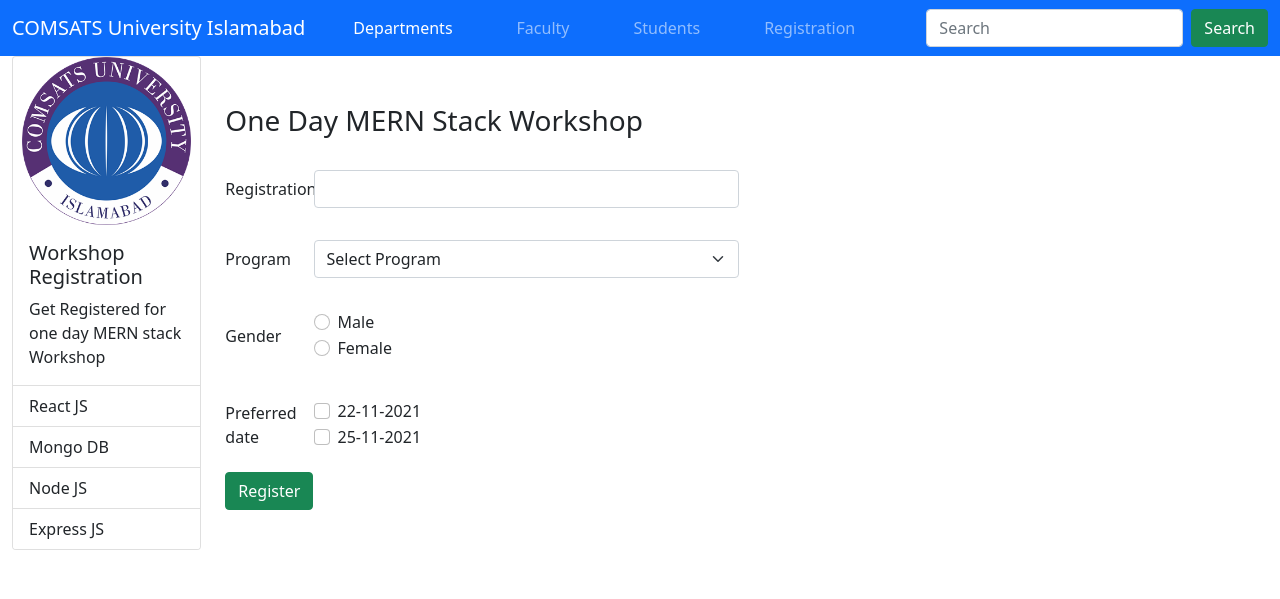
Repository: SaudCh/Web-Mid-Exams
Page: /register
These files come from the project's save history. The page is drawn as it stood at one moment and after the next save; the edit follows.
The browser window is 1280 px wide. The pictures show the whole page.
The project was rebuilt for these pictures with package versions that can differ from the ones it lists, and the page was loaded fresh each time. Also part of the build but not shown: src/Invalid/invalid.jsx, src/Students/student.jsx.

Above is the page before, as saved 2021-11-27 09:34:54.

### src/App.js
import React from "react";
import {
  BrowserRouter as Router,
  Switch,
  Route,
  Redirect,
} from "react-router-dom";
import "../node_modules/bootstrap/dist/css/bootstrap.min.css";
import "../node_modules/bootstrap/dist/js/bootstrap.bundle.min";
import Header from "./Shared/Header";
import SideBar from "./Shared/SideBar";
import Register from "./Register/register";
import Invalid from "./Invalid/invalid";
import Student from "./Students/student";

export default function App() {
  return (
    <Router>
      <Header />
      <div className="container-fluid">
        <div className="row">
          <div className="col-12 col-md-2">
            <SideBar />
          </div>
          <div className="col-12 col-md-10">
            <Switch>
              <Route path="/" exact>
                <div></div>
              </Route>
              <Route path="/register/" exact>
                <Register />
              </Route>
              <Route path="/invalid/" exact>
                <Invalid />
              </Route>
              <Route path="/list/:register/:program/:gender/:date" exact>
                <Student />
              </Route>
              <Redirect to="/invalid/" />
            </Switch>
          </div>
        </div>
      </div>
    </Router>
  );
}

### src/Shared/Header.jsx
import React from "react";
import "./Header.css";
import { Link } from "react-router-dom";
export default function Header() {
  return (
    <nav class="navbar navbar-expand-lg navbar-dark bg-primary">
      <div class="container-fluid">
        <Link to="/" class="navbar-brand logo" href="#">
          COMSATS University Islamabad
        </Link>
        <button
          class="navbar-toggler"
          type="button"
          data-bs-toggle="collapse"
          data-bs-target="#navbarSupportedContent"
          aria-controls="navbarSupportedContent"
          aria-expanded="false"
          aria-label="Toggle navigation"
        >
          <span class="navbar-toggler-icon"></span>
        </button>
        <div class="collapse navbar-collapse" id="navbarSupportedContent">
          <ul class="navbar-nav me-auto mb-2 mb-lg-0">
            <li class="nav-item mx-md-4">
              <Link to="/" class="nav-link active" aria-current="page" href="#">
                Departments
              </Link>
            </li>
            <li class="nav-item mx-md-4">
              <Link to="/" class="nav-link" href="#">
                Faculty
              </Link>
            </li>

            <li class="nav-item mx-md-4">
              <Link
                to="/list/sp19-bcs-078/BCS/Male/22-11-201"
                class="nav-link"
                href="#"
                tabindex="-1"
                aria-disabled="true"
              >
                Students
              </Link>
            </li>
            <li class="nav-item mx-md-4">
              <Link
                to="/register/"
                class="nav-link"
                href="#"
                tabindex="-1"
                aria-disabled="true"
              >
                Registration
              </Link>
            </li>
          </ul>
          <form class="d-flex">
            <input
              class="form-control me-2"
              type="search"
              placeholder="Search"
              aria-label="Search"
            />
            <button
              class="btn btn-outline-success btn-success text-white"
              type="submit"
            >
              Search
            </button>
          </form>
        </div>
      </div>
    </nav>
  );
}

### src/Shared/SideBar.jsx
import React from "react";

export default function SideBar() {
  return (
    <div class="card">
      <img
        src={process.env.PUBLIC_URL + "/comsats-logo.png"}
        class="card-img-top"
        style={{ width: "90%", alignSelf: "center" }}
        alt="..."
      />
      <div class="card-body">
        <h5 class="card-title">Workshop Registration</h5>
        <p class="card-text">Get Registered for one day MERN stack Workshop</p>
      </div>
      <ul class="list-group list-group-flush">
        <li class="list-group-item">React JS</li>
        <li class="list-group-item">Mongo DB</li>
        <li class="list-group-item">Node JS</li>
        <li class="list-group-item">Express JS</li>
      </ul>
    </div>
  );
}

### src/Register/register.jsx
import React, { useRef, useState } from "react";
import { Link, useHistory } from "react-router-dom";
import { Formik, Form, Field } from "formik";
import * as Yup from "yup";

export default function Register() {
  let history = useHistory();
  // const handleSubmit = (e) => {
  //   e.preventDefault();

  //   history.push(
  //     `/list/${Registration.current.value}/${Program.current.value}/male/22-11-2021`
  //   );
  // };

  const SignupSchema = Yup.object().shape({
    registration: Yup.string().required("Registration Required"),
    program: Yup.string().required("Program Required"),
    gender: Yup.string().required("Gender Required"),
    date: Yup.array().min(1, "Date Required").max(1, "Max 1 Date"),
  });

  return (
    <div className="my-5">
      <h3>One Day MERN Stack Workshop</h3>
      <Formik
        initialValues={{
          registration: "",
          program: "",
          gender: "",
          date: [],
        }}
        validationSchema={SignupSchema}
        onSubmit={(values, { setSubmitting }) => {
          setTimeout(() => {
            console.log(values);

            history.push(
              `/list/${values.registration}/${values.program}/${values.gender}/${values.date}`
            );
          }, 2000);
        }}
        validate={(values) => {
          let error = {};

          // if (!values.registration) {
          //   error.registration = "Registration Number Required";
          // }

          if (values.program === "0") {
            error.program = "Program Required";
          }

          // if (!values.gender) {
          //   error.gender = "Gender Required";
          // }

          // if (!values.date) {
          //   error.date = "Date Required";
          // }

          return error;
        }}
      >
        {({
          handleSubmit,
          handleChange,
          values,
          errors,
          handleBlur,
          isSubmitting,
        }) => (
          <Form onSubmit={handleSubmit}>
            {/*********Registration********** */}
            <div class="row g-3 align-items-center my-3">
              <div class="col-1">
                <label for="registration" class="col-form-label">
                  Registration
                </label>
              </div>
              <div class="col-5">
                <Field
                  onChange={handleChange}
                  type="text"
                  id="registration"
                  class="form-control"
                  name="registration"
                  value={values.registration}
                  onBlur={handleBlur}
                />
              </div>

              {errors.registration && (
                <div class="alert alert-danger col-7" role="alert">
                  {errors.registration}
                </div>
              )}
            </div>
            {/*********Program****** */}
            <div class="row g-3 align-items-center my-3">
              <div class="col-1">
                <label for="program" class="col-form-label">
                  Program
                </label>
              </div>
              <div class="col-5">
                <Field
                  name="program"
                  as="select"
                  id="program"
                  class="form-select"
                  onChange={handleChange}
                  onBlur={handleBlur}
                >
                  <option value="0">Select Program</option>
                  <option value="BsCS">BsCS</option>
                  <option value="BsCE">BsSE</option>
                </Field>
              </div>
              {errors.program && (
                <div class="alert alert-danger col-7" role="alert">
                  {errors.program}
                </div>
              )}
            </div>
            {/*********Gender****** */}
            <div class="row g-3 align-items-center my-3">
              <div class="col-1">
                <label for="gender" class="col-form-label">
                  Gender
                </label>
              </div>
              <div class="col-5">
                <div class="form-check">
                  <Field
                    class="form-check-input"
                    type="radio"
                    name="gender"
                    value="male"
                    id="gender"
                  />
                  <label class="form-check-label" for="flexRadioDefault1">
                    Male
                  </label>
                </div>
                <div class="form-check">
                  <Field
                    class="form-check-input"
                    type="radio"
                    name="gender"
                    value="female"
                    id="gender"
                  />
                  <label class="form-check-label" for="flexRadioDefault2">
                    Female
                  </label>
                </div>
              </div>
              {errors.gender && (
                <div class="alert alert-danger col-7" role="alert">
                  {errors.gender}
                </div>
              )}
            </div>
            {/*********Date****** */}
            <div class="row g-3 align-items-center my-3">
              <div class="col-1 ">
                <label for="date" class="col-form-label">
                  Preferred date
                </label>
              </div>
              <div class="col-5">
                <div class="form-check">
                  <Field
                    class="form-check-input"
                    type="checkbox"
                    value="22-11-2021"
                    id="flexCheckDefault"
                    name="date"
                  />
                  <label class="form-check-label" for="flexCheckDefault">
                    22-11-2021
                  </label>
                </div>
                <div class="form-check">
                  <Field
                    class="form-check-input"
                    type="checkbox"
                    value="25-11-2021"
                    id="flexCheckChecked"
                    name="date"
                  />
                  <label class="form-check-label" for="flexCheckChecked">
                    25-11-2021
                  </label>
                </div>
              </div>
              {errors.date && (
                <div class="alert alert-danger col-7" role="alert">
                  {errors.date}
                </div>
              )}
            </div>
            {/*********Button********* */}
            <div>
              <button
                disabled={isSubmitting}
                type="submit"
                className="btn btn-success"
              >
                Register
              </button>
            </div>
          </Form>
        )}
      </Formik>
    </div>
  );
}

### src/Shared/Header.css
@media screen and (max-width: 375px) {
  .logo {
    font-size: 1rem;
  }
}

Loaded but not shown: public/index.html (common file); src/index.js (common file); src/index.css (common file); src/reportWebVitals.js (common file)

After the next save:
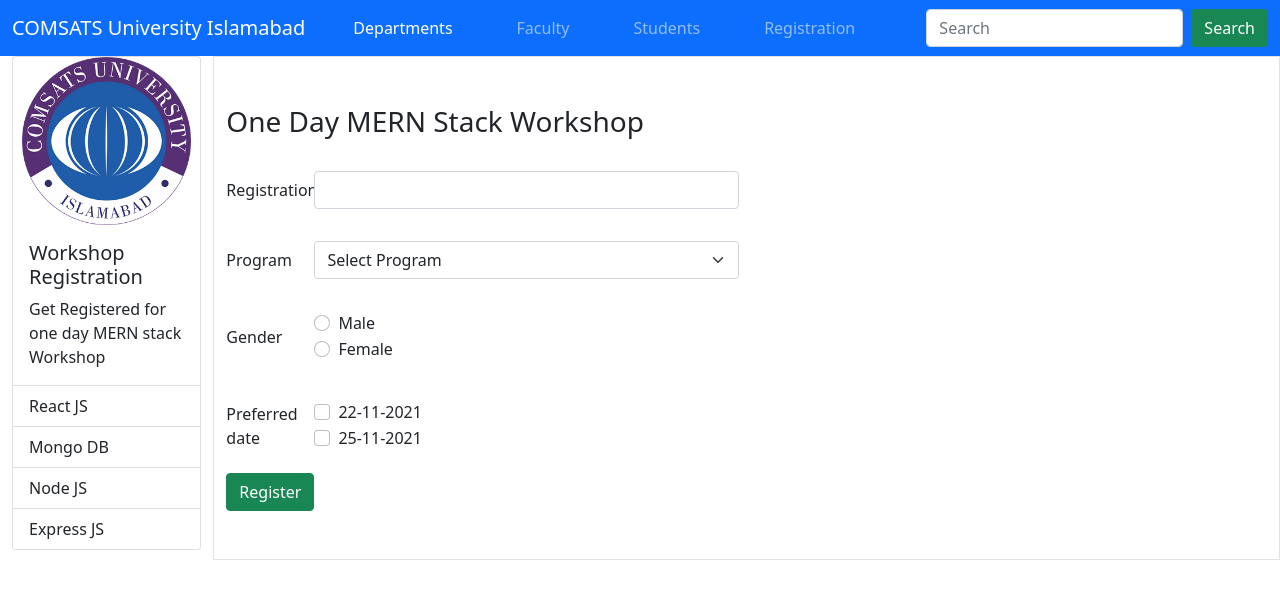
Saved 73 s later.
--- a/src/App.js
+++ b/src/App.js
@@ -22,7 +22,7 @@
           <div className="col-12 col-md-2">
             <SideBar />
           </div>
-          <div className="col-12 col-md-10">
+          <div className="col-12 col-md-10 border">
             <Switch>
               <Route path="/" exact>
                 <div></div>

After the save that followed:
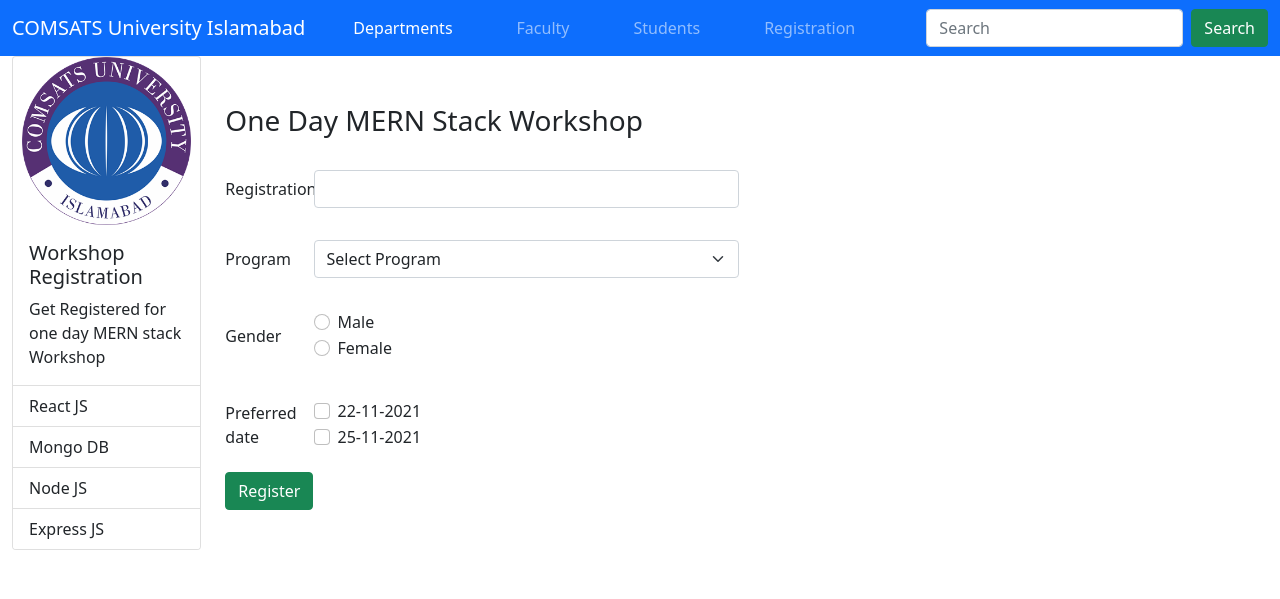
Saved 9 s later.
--- a/src/App.js
+++ b/src/App.js
@@ -22,7 +22,7 @@
           <div className="col-12 col-md-2">
             <SideBar />
           </div>
-          <div className="col-12 col-md-10 border">
+          <div className="col-12 col-md-10">
             <Switch>
               <Route path="/" exact>
                 <div></div>
